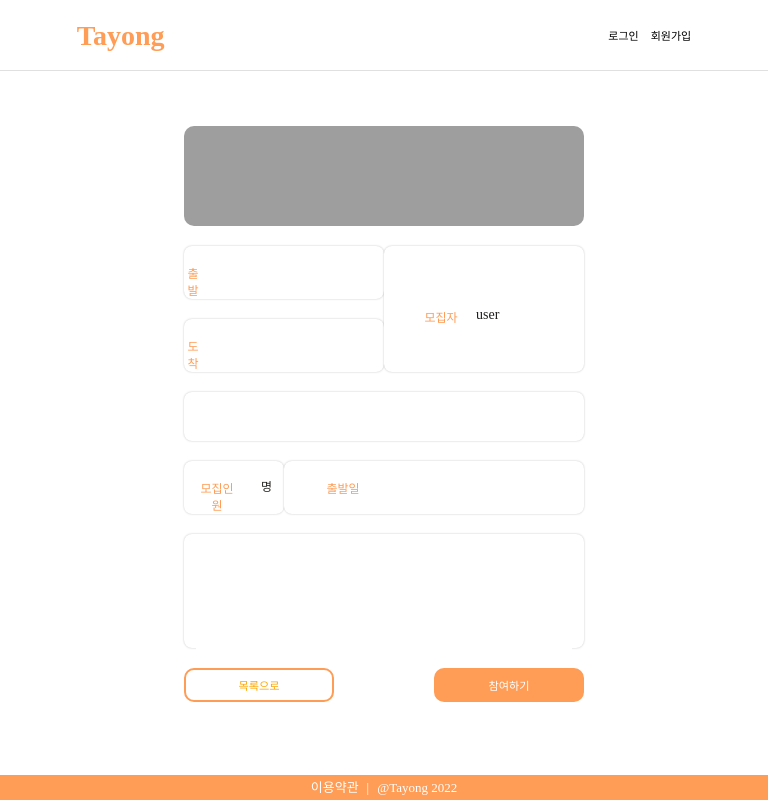
Repository: YEOMJINSEOP/Tayong
Page: /detail (app in react/)
These files come from the project's save history. The page is drawn as it stood at one moment and after the next save; the edit follows.
The browser window is 768 px wide. The pictures show the whole page.
Pictures or frames that could not be fetched are drawn as grey boxes. The page's requests for data from a server got no answer. Some web fonts or font styles are not loaded; a fallback is used. The project was rebuilt for these pictures with package versions that can differ from the ones it lists, and the page was loaded fresh each time. No one was signed in, and anything a server would have sent is missing. Also part of the build but not shown: react/src/components/departure/departure.jsx, react/src/components/arrival/arrival.jsx, react/src/components/locationSelector/locationSelector.jsx, react/src/pages/Home.jsx, react/src/components/meet/meet.jsx, react/src/components/list/meetList.jsx, react/src/pages/List.jsx, react/src/components/form/form.jsx and 5 more.

Above is the page before, as saved 2022-12-09 10:38:21.

### react/public/index.html
<!DOCTYPE html>
<html lang="en">
  <head>
    <base href="/" />
    <meta charset="utf-8" />
    <link rel="icon" href="%PUBLIC_URL%/favicon.ico" />
    <meta name="viewport" content="width=device-width, initial-scale=1" />
    <meta name="theme-color" content="#000000" />
    <meta
      name="description"
      content="Web site created using create-react-app"
    />
    <link rel="apple-touch-icon" href="%PUBLIC_URL%/logo192.png" />
    <!--
      manifest.json provides metadata used when your web app is installed on a
      user's mobile device or desktop. See https://developers.google.com/web/fundamentals/web-app-manifest/
    -->
    <link rel="manifest" href="%PUBLIC_URL%/manifest.json" />
    <!--
      Notice the use of %PUBLIC_URL% in the tags above.
      It will be replaced with the URL of the `public` folder during the build.
      Only files inside the `public` folder can be referenced from the HTML.

      Unlike "/favicon.ico" or "favicon.ico", "%PUBLIC_URL%/favicon.ico" will
      work correctly both with client-side routing and a non-root public URL.
      Learn how to configure a non-root public URL by running `npm run build`.
    -->
    <title>React App</title>
  </head>
  <body>
    <noscript>You need to enable JavaScript to run this app.</noscript>
    <div id="root"></div>
    <!--
      This HTML file is a template.
      If you open it directly in the browser, you will see an empty page.

      You can add webfonts, meta tags, or analytics to this file.
      The build step will place the bundled scripts into the <body> tag.

      To begin the development, run `npm start` or `yarn start`.
      To create a production bundle, use `npm run build` or `yarn build`.
    -->
  </body>
</html>

### react/src/App.module.css
:root{

  /* color */
  --color-orange: #FF9C55;
  --color-light-grey: #e0e0e0;
  --color-white: #ffffff;
  --color-black: #201F1E;


  /* font family */
  --font-famiy-pretendard-regular: 'Pretendard-Regular';
  --font-family-leferipoint-black: 'LeferiPoint-BlackA';
  --font-family-leferibase-regular: 'LeferiBaseType-RegularA';
  --font-family-leferibase-bold:  'LeferiBaseType-BoldA';

  /* font size */
  --font-large: 48px;
  --font-medium: 28px;
  --font-regular: 18px;
  --font-small: 14px;
  --font-semi-small: 12px;
  --font-micro: 10px;

  /* font weight */
  --weight-pretendard-thin:  100;
  --weight-pretendard-extraLight:  200;
  --weight-pretendard-light: 300;
  --weight-pretendard-regular: 400;
  --weight-pretendard-medium:  500;
  --weight-pretendard-semiBold:  600;
  --weight-pretendard-bold:  700;
  --weight-pretendard-extraBold: 800;
  --weight-pretendard-black: 900;

  --weight-leferi-point-white: 200;
  --weight-leferi-point-black: 700;

  --weight-leferi-base-regular: 400;
  --weight-leferi-base-bold: 700;

 /* border weight */
 --border-weight: 1.5px;

 /* border radius */
 --border-radius: 0.7rem;
}

/* universal setting*/
*{
  margin: 0;
  box-sizing: border-box;
}

@font-face {
  font-family: 'LeferiPoint-BlackA';
  src: url('https://cdn.jsdelivr.net/gh/projectnoonnu/noonfonts_2201-2@1.0/LeferiPoint-BlackA.woff') format('woff');
  font-weight: normal;
  font-style: normal;
}


@font-face {
  font-family: 'LeferiBaseType-BoldA';
  src: url('https://cdn.jsdelivr.net/gh/projectnoonnu/noonfonts_2201-2@1.0/LeferiBaseType-BoldA.woff') format('woff');
  font-weight: normal;
  font-style: normal;
}

@font-face {
  font-family: 'LeferiBaseType-RegularA';
  src: url('https://cdn.jsdelivr.net/gh/projectnoonnu/noonfonts_2201-2@1.0/LeferiBaseType-RegularA.woff') format('woff');
  font-weight: normal;
  font-style: normal;
}

@font-face {
  font-family: 'Pretendard-Regular';
  src: url('https://cdn.jsdelivr.net/gh/Project-Noonnu/noonfonts_2107@1.1/Pretendard-Regular.woff') format('woff');
  font-weight: 400;
  font-style: normal;
}



input:focus{
  outline: none;
}

button{
  border: none;
  cursor: pointer;
  background-color: transparent;
}

### react/src/pages/Detail.jsx
import React from 'react';
import Footer from '../components/footer/footer';
import Header from '../components/header/header';
import MeetDetail from '../components/meetDetail/meetDetail'

function Detail(props) {
  return (
    <>
      <Header/>
      <MeetDetail/>
      <Footer/>
    </>
  );
}

export default Detail;

### react/src/components/header/header.jsx
import React from 'react';
import { useEffect } from 'react';
import { useState } from 'react';
import { useNavigate } from 'react-router-dom';
import styles from './header.module.css';
import getData from '../../service/getData';

function Header(props) {
  const navigate = useNavigate();
  const[loginId, setLoginId] = useState("로그인");
  const[loginSucceed, setLoginSucceed] = useState(0);

  const showLoginId = () => {
    if(loginSucceed == 1){
      return loginId;
    }
    else{
      return '로그인';
    }
  }

  const showSignUp = () => {
    if(loginSucceed == 1){
      return "";
    }
    else{
      return '회원가입'
    }
  }

  useEffect(() => {
    const getUrl = 'https://yw1nspc2nl.execute-api.ap-northeast-2.amazonaws.com/dev/loginValue';
    getData(getUrl)
      .then(data => {
        const isLoginSucceed = JSON.parse(data.data['loginSuccess']);
        const loginId = data.data['loginId'];
        console.log(isLoginSucceed);
        setLoginSucceed(isLoginSucceed);
        setLoginId(loginId);
      })
  })

  return (
    <>
      <nav className={styles.navbar}>
        <p className={styles.logo} onClick={() => {
          navigate(`/`)
        }} >Tayong</p>
        <div className={styles.navbarBtn}>
          <button className={styles.btn} onClick={() => {navigate('/login')}}>{showLoginId()}</button>
          <button className={styles.btn} onClick={() => {navigate('/signup')}}>{showSignUp()}</button>
        </div>
      </nav>
    </>
  );
}

export default Header;

### react/src/components/footer/footer.jsx
import React from 'react';
import styles from './footer.module.css';

function Footer(props) {
  return (
     <footer className={styles.footer}>
      <p className={styles.contract}>이용약관</p>
      <span className={styles.divider}>  |  </span>
      <p className={styles.name}>@Tayong 2022</p>
     </footer>
  );
}

export default Footer;

### react/src/components/header/header.module.css
@import '../../App.module.css';

@font-face {
  font-family: 'LeferiPoint-BlackA';
  src: url('https://cdn.jsdelivr.net/gh/projectnoonnu/noonfonts_2201-2@1.0/LeferiPoint-BlackA.woff') format('woff');
  font-weight: normal;
  font-style: normal;
}

button{
  width: 4rem;
  font-size: 0.7rem;
}

.navbar{
  z-index: 1;
  width: 100%;
  height: 71px;

  position: fixed;

  background-color: var(--color-white);
  border-bottom: var(--border-weight) solid var(--color-light-grey);
  display: flex;
  align-items: center;
  justify-content: space-between;
}

.logo{
  font-family: 'LeferiPoint-BlackA';
  font-size: var(--font-medium);
  font-weight: bold;
  color: var(--color-orange);
  padding-left: 10vw;
  cursor: pointer;
}

.navbarBtn{
  display: flex;
  flex-direction: row;
  justify-content: center;
  align-items: center;
  padding-right: 10vw;
}

.btn{
  font-family: var(--font-famiy-pretendard-regular);
  font-size: 15px;
  font-weight: var(--weight-pretendard-light);
  width: 100px;
  height: 1.2rem;
  padding: 0;
  cursor: pointer;
}

@media screen and (max-width: 768px){

  .btn {
    font-size: 11px;
    width:fit-content;
    margin-left: 12px;
  }
  .navbarBtn{
    display: flex;
    justify-content: right;
  }
}

### react/src/service/getData.jsx
import axios from 'axios';

const getData = (url) => {
  return axios.get(url);
}

export default getData;

### react/src/components/footer/footer.module.css
@import '../../App.module.css';

.footer{
  width: 100%;
  height: 25px;

  position: fixed;
  bottom: 0;

  background-color: var(--color-orange);

  display: flex;
  flex-direction: row;
  justify-content: center;
  align-items: center;
  font-size: var(--font-micro)
}

.contract, .name, .divider{
  font-family: var(--font-famiy-pretendard-regular);
  color: var(--color-white);
  font-size: 13px;
}

.divider{
  margin: 0 8px;
}

.contract:hover{
  cursor: pointer;
}

### react/src/components/locationSelector/locationSelector.module.css
@import '../../App.module.css';

.locationSelector{
  position: fixed;

  width: 100%;
  margin: auto;
  top: 35%;

  display: flex;
  flex-direction: column;
  align-items: center;
}

.location{
  display: flex;
  flex-direction: row;
  justify-content: space-between;
  margin-bottom: 30px;
}

.info{
  font-size: 20px;
  color: var(--color-black);
  text-align: center;
  padding-bottom: 0.5rem;
}


.info span{
  font-size: 26px;
  font-weight: var(--weight-pretendard-medium);
  color: var(--color-orange);
}

.ocos{
  font-family: var(--font-family-leferibase-bold);
}

.info{
  margin-bottom: 1;
}


.arrow{

  margin-top: 80px;
  display: flex;
  align-items:center;
  font-size: 30px;
  color: var(--color-orange);
}


.submitBtn{

  position: fixed;
  top: 62%;
  outline: none;
  width: 201px;
  height: 51px;

  font-family: var(--font-family-pretendard-regular);
  font-weight: var(--weight-pretendard-semiBold);
  font-size: 16px;
  color: var(--color-white);

  background-color: var(--color-orange);
  border-radius: var(--border-radius);
}


@media screen and (max-width: 768px){

.info{
    font-size: 16px;
    color: var(--color-black);
    text-align: center;
    padding-bottom: 0.5rem;
}


.info span{
    font-size: 22px;
    font-weight: var(--weight-pretendard-medium);
    color: var(--color-orange);
}

.ocos{
    font-size: 22px;
    font-family: var(--font-family-leferibase-bold);
}

.arrow{
  transform: rotate(90deg);
}

.departure{
  margin-bottom: 30px;
}

.arrival{
  margin-top: 30px;
}


.location{
  position: fixed;
  top: 15%;
  display: flex;
  flex-direction: column;
  justify-content: center;
  align-items: center;
  margin-bottom: 30px;
}

.arrow{
  margin: 20px 0;
  padding: 0;
}

.submitBtn {
  position: fixed;
  top: 75%;
}
}

### react/src/components/list/meetList.module.css
@import '../../App.module.css';

.meetList{
  top: 3.4rem;
  bottom: 3.7rem;
  /* background-color: yellow; */
  position: absolute;

  width: 100%;
  overflow-y: scroll;

  padding: 0;
  margin: 0;

  display: flex;
  flex-direction: column;
  justify-content: center;
  align-items: center;

}

.meetListLabel {
  font-family: var(--font-family-pretendard-regular);
  font-weight: 500;
  font-size: 14px;
  line-height: 17px;

  color: var(--color-orange);
  padding-left: 70px;

}


.location{
  position: absolute;
  top: 8%;
  display: flex;
  flex-direction: row;
  justify-content: space-around;
  text-align: center;
}

.locationDeparture, .locationArrival{
  display: flex;
  flex-direction: column;
  align-items: center;
  font-size: var(--font-semi-small);
  color: var(--color-orange);
  font-weight: var(--weight-bold);
  margin: 1rem;

}


.location input{
  width: 152px;
  height: 40px;
  margin: 0.5rem;
  padding: 0 0.5rem;

  text-align: center;
  background-color: var(--color-white);
  box-shadow: 0px 0px 4px rgba(0, 0, 0, 0.25);
  border: none;
  border-radius: 0.5rem;

  font-family: var(--font-family-pretendard-regular);
  font-weight: var(--font-pretendard-light);
  font-size: 14px;

}

.locationArrow{
  position: absolute;
  font-size: var(--font-semi-small);
  color: var(--color-orange);
  top: 55px;
}

.btn_create{
  position: absolute;
  top: 15%;
  right: 10%;

  width: 134px;
  height: 40px;
  border-radius: 8px;
  background-color: var(--color-orange);

  font-family: var(--font-family-pretendard-regular);
  font-weight: 500;
  font-size: 14px;
  line-height: 17px;

  color: var(--color-white);
}


.meetUl{
  /* background-color: green; */
  position :absolute;
  width: 80vw;
  top: 200px;
  padding: 10px 0 0 0;
  overflow-x: hidden;
  /* margin: 0 10px; */
  overflow-wrap:break-word;
  overflow-y:scroll;
  list-style: none;

  margin: auto;
  display: grid;
  grid-template-columns: repeat(5, 1fr);

  justify-items: center;
  align-items: center;
  column-gap: 20px;
  row-gap: 20px;
}


@media screen and (max-width: 1860px){

  .meetUl{
    display: grid;
    grid-template-columns: repeat(4, auto);

    column-gap: 20px;
    row-gap:  20px;
  }
/*
  .meet{
    width: 240px;
    height: 170px;
  } */

}


@media screen and (max-width: 1520px){

  .meetUl{
    display: grid;
    grid-template-columns: repeat(3, auto);

    column-gap: 20px;
    row-gap:  20px;
    padding: 0;
  }

  /* .meet{
    width: 240px;
    height: 170px;
  } */


}

@media screen and (max-width: 1024px){

  .location{
    position: fixed;
    top: 100px;
  }

  .meetUl{
    display: grid;
    grid-template-columns: repeat(2, auto);
    column-gap: 20px;
    row-gap:  20px;
    padding: 0;
  }

  .btn_create{
    position: fixed;
    top: 200px;
    right: 41.9%;
  }

}

@media screen and (max-width: 768px){

  .location{
    position: fixed;
    top: 100px;
  }

  .meetListLabel{
    padding: 0;
  }

  .btn_create{
    position: fixed;
    top: 200px;
    right: 35%;
  }


  .meetUl{
    display: flex;
    flex-direction: column;
    padding: 0;
  }

}

### react/src/components/meetDetail/meetDetail.module.css
@import '../../App.module.css';


.container{
  position: absolute;
  top: 12%;

  width: 100%;
  display: flex;
  flex-direction: column;
  align-items: center;
  justify-content: center;

  /* background-color: lightblue; */
}

.departure, .arrival, .remainingTime, .recruitment, .transport, .title, .content, .user{
  border: none;
  outline: none;
  background: var(--color-white);
  box-shadow: 0px 0px 2px rgba(0, 0, 0, 0.25);
  border-radius: 8px;
  text-align: center;

  display: flex;
  justify-content: space-between;
  align-items: center;

  padding: 0 12px;
}

.meetDetailLable{
  width: 60px;
  height: 14px;
  margin: 0;

  font-family: var(--font-family-pretendard-regular);
  font-weight: 500;
  font-size: 12px;
  line-height: 17px;

  color: var(--color-orange);
}

.imgTransport{
  width: 596px;
  height: 100px;
  border-radius: 10px;
}

.locAndUserContainer{
  width: 596px;
  margin-top: 20px;
  display: flex;
  justify-content: space-between;
}

.departure{
  width: 288px;
  height: 53px;


  display: flex;
  justify-content: center;
  align-items: center;
}

.arrival{
  width: 288px;
  height: 53px;
  margin-top: 20px;

  display: flex;
  justify-content: center;
  align-items: center;
}

.user{
  width: 288px;
  height: 126px;
}

.title{
  width: 596px;
  height: 49px;
  margin-top: 20px;
}

.info{
  width: 596px;
  margin-top: 20px;
  display: flex;
  justify-content: space-between;
}


.recruitment {
  width: 288px;
  height: 53px;
  margin-left: 0;
  display: flex;
  justify-content: center;
  align-items: center;
}

.recruitment input{
  width: 20px;
  margin-left: 3px;
  padding-right: 0;
  margin-right: 0;
}

.recruitment p {
  margin: 0;
  font-size: 12px;
}

.remainingTime {
  width: 288px;
  height: 53px;

  display: flex;
  justify-content: center;
  align-items: center;
}


.userInfo{
  margin-left: 20px;
}
.userAvatar{
  background-color: lightblue;
  width: 50px;
  height: 50px;
  border-radius: 100%;
  font-size: 40px;
}

.content{
  width: 596px;
  height: 114px;
  margin-top: 20px;
  padding-top: 20px;
}

.btns{
  width: 596px;
  height: 34px;
  margin-top: 20px;
  display: flex;
  justify-content: space-between;
}

button {
  width: 185px;
  height: 34px;
  border-radius: 10px;
}

.btn_join, .btn_chat{
  background-color: var(--color-orange);
  color: var(--color-white);
}

.btn_backToList{
  background-color: var(--color-white);
  border: 2px solid var(--color-orange);
  color: orange;
}

.btn_chat a {
  text-decoration: none;
  color: var(--color-white);
}

.userInfo {
  display: flex;
  flex-direction: row;
  justify-content: space-between;
}

.userInfoInfo {
  width: 50px;
  font-size: 12px;
  color: var(--color-orange);
  text-align: center;
  padding-top: 15px;
  margin-right: 10px;
}

.userInfo p {
  padding-top: 13px;
}


@media screen and (max-width: 768px){
  .imgTransport{
    width: 400px;
  }

  .locAndUserContainer{
    width: 400px;
    margin-top: 20px;
    display: flex;
    justify-content: space-between;
  }

  .departure{
    width: 200px;
  }

  .arrival{
    width: 200px;
  }
  .title{
    width: 400px;
  }
  .info{
    width: 400px;
  }

  .recruitment{
    width: 100px;
  }


  .remainingTime{
    width: 300px;
  }

  .container{
    padding-top: 30px;
    padding-left: 10px;
    padding-right: 10px;
  }

  .userInfoInfo {
    width: 60px;
    margin: 0;
    padding-right: 10px;
  }

  .content{
    width: 400px;
  }

  .btns{
    width: 400px;
  }

  button {
    width: 150px;
  }
}

### react/src/service/postData.jsx
import React from 'react';
import axios from 'axios';


const postData = (url, data) => {
  axios
  .post(url, data)
  .then(
    (res) => {
      console.log(res);
      console.log("data post complete🥕");
    }
  )
}

export default postData;

### react/src/components/loginForm/loginForm.module.css
@import '../../App.module.css';

.logInContainer{
    position: absolute;
    top: 22%;

    width: 100%;
    display: flex;
    flex-direction: column;
    align-items: center;
    justify-content: center;

}

.logo{
  font-family: 'LeferiPoint-BlackA';
  font-size: 50px;
  font-weight: bold;
  color: var(--color-orange);

  cursor: pointer;
}

.email {
  display: flex;
  flex-direction: column;
  align-items: flex-start;
  margin-top: 40px;
}

.email input{
  width: 390px;
  height: 48px;

  border: 1px solid #CCCCCC;
  border-radius: 6px;

  margin-top: 10px;
  padding-left: 15px;
  text-align: left;
}

.password{
  display: flex;
  flex-direction: column;
  align-items: flex-start;
  margin-top: 30px;
}

.password input{
  width: 390px;
  height: 48px;

  border: 1px solid #CCCCCC;
  border-radius: 6px;

  margin-top: 10px;

  padding-left: 15px;
  text-align: left;
}

label {
  font-family: var('Pretendard-Regular');
  font-weight: 600;
  color: var(--color-black);
  font-size: 18px;
  margin: 0;
  width: 100%;
}

.submitBtn {
  width: 390px;
  height: 52px;

  margin-top: 36px;

  background: #FF9C55;
  border-radius: 6px;

  font-family: var('Pretendard-Regular');
  color: var(--color-white);
  font-weight: 600;
  font-size: 18px;
  line-height: 22px;

  cursor: pointer;
}

.extraFunc {
  display: flex;
  flex-direction: row;
  justify-content: space-between;

  font-family: var('Pretendard-Regular');
  font-weight: 300;
  font-size: 14px;
  line-height: 17px;
  text-decoration-line: underline;
  color: var(--color-black);

  width: 390px;
  margin-top: 12px;

}

.extraFunc p{
  cursor:pointer;
}

### react/src/components/signUpForm/signUpForm.module.css
@import '../../App.module.css';

.logInContainer{
    position: absolute;
    top: 12%;

    width: 100%;
    display: flex;
    flex-direction: column;
    align-items: center;
    justify-content: center;

}

.title{
  font-family: var('Pretendard-Regular');
  font-size: 36px;
  font-weight: bold;
  color: var(--color-orange);

  cursor: pointer;
}

.email {
  display: flex;
  flex-direction: column;
  align-items: flex-start;
  margin-top: 40px;
}

.email input{
  width: 390px;
  height: 48px;

  border: 1px solid #CCCCCC;
  border-radius: 6px;

  margin-top: 10px;
  padding-left: 15px;
  text-align: left;
}

.authBtn{
  width: 79px;
  height: 48px;
  margin-left: 9px;
  background-color: var(--color-orange);
  border-radius: 6px;

  color: var(--color-white);
  font-family: var('Pretendard-Regular');
  font-weight: 500;
  font-size: 16px;
  line-height: 19px;
}

.password{
  display: flex;
  flex-direction: column;
  align-items: flex-start;
  margin-top: 30px;
}

.password input{
  width: 390px;
  height: 48px;

  border: 1px solid #CCCCCC;
  border-radius: 6px;

  margin-top: 10px;

  padding-left: 15px;
  text-align: left;
}

label {
  font-family: var('Pretendard-Regular');
  font-weight: 600;
  color: var(--color-black);
  font-size: 18px;
  margin: 0;
  width: 100%;
}

.submitBtn {
  width: 390px;
  height: 52px;

  margin-top: 36px;

  background: #FF9C55;
  border-radius: 6px;

  font-family: var('Pretendard-Regular');
  color: var(--color-white);
  font-weight: 600;
  font-size: 18px;
  line-height: 22px;

  cursor: pointer;
}

.nickname {
  display: flex;
  flex-direction: column;
  align-items: flex-start;
  margin-top: 40px;
}

.nickname input{
  width: 390px;
  height: 48px;

  border: 1px solid #CCCCCC;
  border-radius: 6px;

  margin-top: 10px;
  padding-left: 15px;
  text-align: left;
}

### react/src/components/departure/departure.module.css
@import '../../App.module.css';


.departure{
  margin: 0 3rem;
}

.info{
  font-size: 20px;
  color: var(--color-black);
  text-align: center;
  padding-bottom: 0.5rem;
}


.info span{
  font-size: 26px;
  font-weight: var(--weight-pretendard-medium);
  color: var(--color-orange);
}

.inputBox{
  width: 300px;
  height: 81px;
  padding: 0 0.5rem;

  background-color: var(--color-white);
  box-shadow: 0px 0px 4px rgba(0, 0, 0, 0.25);
  border-radius: 1rem;

  display: flex;
  justify-content: center;
  align-items: center;
}

.input{
  border: none;
  outline: none;
  font-weight: var(--weight-pretendard-light);
  font-size: 18px;
  text-align: center;
}

.searchIcon{
  width: 28px;
  height: 28px;
  color: var(--color-orange);
}


.ocos{
  font-family: var(--font-family-leferibase-bold);
}



.searchDropDown ul{
  list-style: none;
  padding: 0;
}

.searchDropDown li{
  width: 100%;
  margin-bottom: 0.1px;

  border: 0.5px solid lightgrey;
  border-radius: 4px;
}

.searchDropDown li:hover{
  border: 0.5px solid var(--color-orange);
}

.searchDropDown button{
  width: 100%;
  height: 32px;

  font-family: var(--font-family-pretendard-regular);

  font-size: 18px;

/*
  border: 1px solid var(--color-orange); */
}

@media screen and (max-width: 768px){
  .searchIcon{
    width: 20px;
    height: 20px;
  }
}

### react/src/components/arrival/arrival.module.css
@import '../../App.module.css';


.arrival{
  margin: 0 3rem;
}

.inputBox{
  width: 300px;
  height: 81px;
  padding: 0 0.5rem;

  background-color: var(--color-white);
  box-shadow: 0px 0px 4px rgba(0, 0, 0, 0.25);
  border-radius: 1rem;

  display: flex;
  justify-content: center;
  align-items: center;
}


.input{
  border: none;
  outline: none;
  font-weight: var(--weight-pretendard-light);
  font-size: 18px;
  text-align: center;
}


.searchIcon{
  width: 28px;
  height: 28px;
  color: var(--color-orange);
}

.ocos{
  font-family: var(--font-family-leferibase-bold);
}


.searchDropDown ul{
  list-style: none;
  padding: 0;
}

.searchDropDown li{
  width: 100%;
  margin-bottom: 0.1px;

  border: 0.5px solid lightgrey;
  border-radius: 4px;
}

.searchDropDown li:hover{
  border: 0.5px solid var(--color-orange);
}

.searchDropDown button{
  width: 100%;
  height: 32px;

  font-family: var(--font-family-pretendard-regular);

  font-size: 18px;

/*
  border: 1px solid var(--color-orange); */
}

@media screen and (max-width: 768px){
  .searchIcon{
    width: 20px;
    height: 20px;
  }
}

### react/src/components/meet/meet.module.css
@import '../../App.module.css';
@import '../list/meetList.module.css';
 *{
  font-family: var(--font-famiy-pretendard-regular);
 }

.meet{
  /* width: 288px; */
  width: 100%;
  height: 180px;
  background-color: var(--color-white);
  box-shadow: 0px 0px 4px rgba(0, 0, 0, 0.25);
  border-radius: 1rem;

  display: flex;
  flex-direction: column;

}

.meet:hover{
  cursor: pointer;
  opacity: 0.8;
}

.transportImg{
  width: 100%;
  height: 4.6rem;

  object-fit: cover;
  border-radius: 1rem 1rem 0 0;
}

.infoImage{
  width: 100%;
  height: 4rem;
  background-color: lightyellow;
  border-radius: 1rem 1rem 0 0;
}

.infoLocation{
  width: 100%;
  height: 50px;
  display: flex;
  justify-content: center;
  align-items: center;
}

.infoDeparture, .infoArrival{
  display: flex;
  flex-direction: column;
  justify-content: center;
  align-items: center;

  width: 97px;
  height: 17px;

  font-family: var(--font-famiy-pretendard-regular);
  font-weight: 600;
  font-size: 14px;
  line-height: 17px;

  margin-top: 15px;
  padding: 0 px;

}

.infoDeparture p, .infoArrival p{
  width: 30px;
  height: 14px;

  text-align: center;
  margin: 5px;
  font-family: var(--font-famiy-pretendard-regular);
  font-weight: 300;
  font-size: 10px;
  color: var(--color-orange);

  background: #FFFFFF;
  box-shadow: 0px 0px 1px rgba(0, 0, 0, 0.25);
  border-radius: 2px;

}


.arrow{
  position: relative;
  margin: 0 0.5rem;
  top: 1.2rem;
  width: 14px;
  height: 14px;
  color: var(--color-orange);
}

.infoSet{
  height: 2.5rem;
  margin-top: 10px;
  display: flex;
  flex-direction: row;
  justify-content: center;
  align-items: center;
  padding-right:0.5rem;
}

.infoSet div{
  text-align: center;
  font-size: 10px;
  font-weight: 300;
}

.infoSet p{
  font-size: 10px;
  font-weight: 300;
  box-shadow: 0px 0px 1px rgba(0, 0, 0, 0.25);
  border-radius: 2px;
  margin-right: 10px;
  padding: 0 3px;
  color: var(--color-orange);
}

.infoRecruitment{
  display: flex;
  justify-content: space-around;
  align-items: center;
  margin-right: 15px;

  font-family: var(--font-famiy-pretendard-regular);
}

.infoTime{
  display: flex;
  justify-content: space-around;
  align-items: center;

  font-family: var(--font-famiy-pretendard-regular);
}

Loaded but not shown: react/src/index.js (common file); react/src/index.css (common file); react/src/reportWebVitals.js (common file); react/src/App.js (53 lines, source omitted); react/src/components/meetDetail/meetDetail.jsx (165 lines, source omitted); react/src/components/form/form.module.css (242 lines, source omitted)

After the next save:
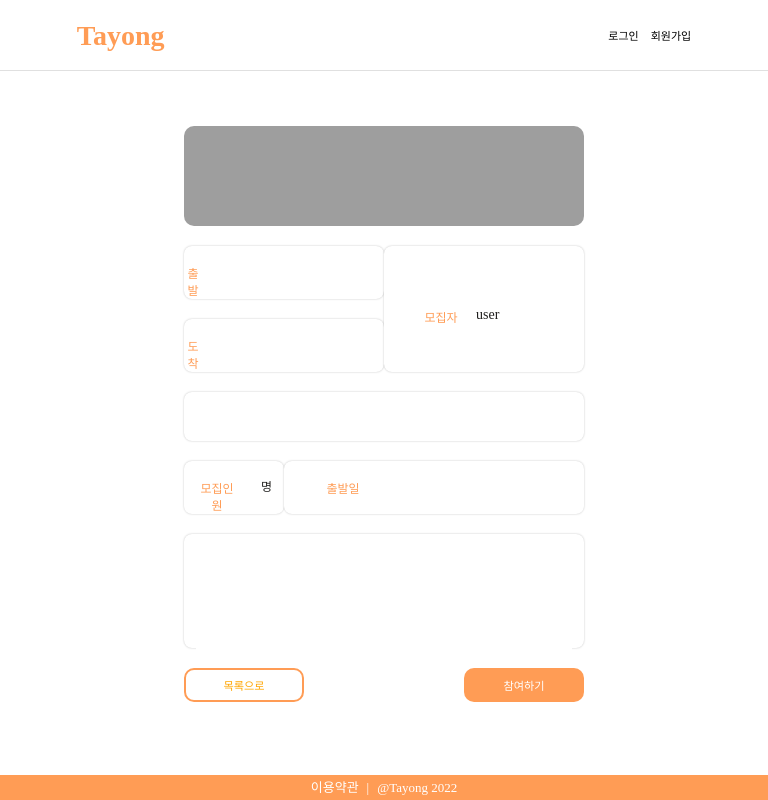
Saved 2 min 30 s later.
--- a/react/src/components/meetDetail/meetDetail.module.css
+++ b/react/src/components/meetDetail/meetDetail.module.css
@@ -249,6 +249,6 @@ button {
   }
 
   button {
-    width: 150px;
-  }
-}
+    width: 120px;
+  }
+}
